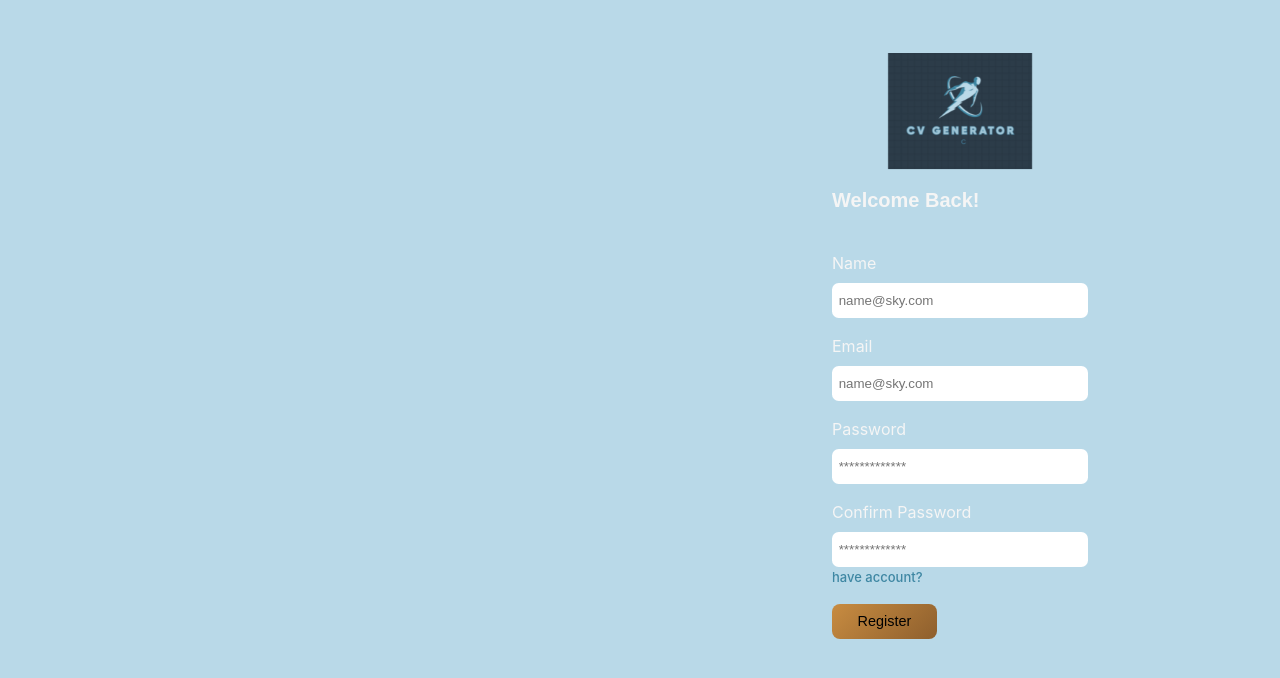
Repository: abdelrahman-2513/cv-generator
Page: /register
An editor plug-in stored every save of this project. The page is shown before and after the next save, followed by the edit.
The browser window is 1280 px wide. The pictures show the whole page.
The project was rebuilt for these pictures with package versions that can differ from the ones it lists, and the page was loaded fresh each time. Also part of the build but not shown: vite.config.js, src/Pages/Login/Login.jsx, src/Pages/Home/Home.jsx, src/Components/Header/Header.jsx.

Above is the page before, as saved 2024-11-01 15:41:44.

After the next save:
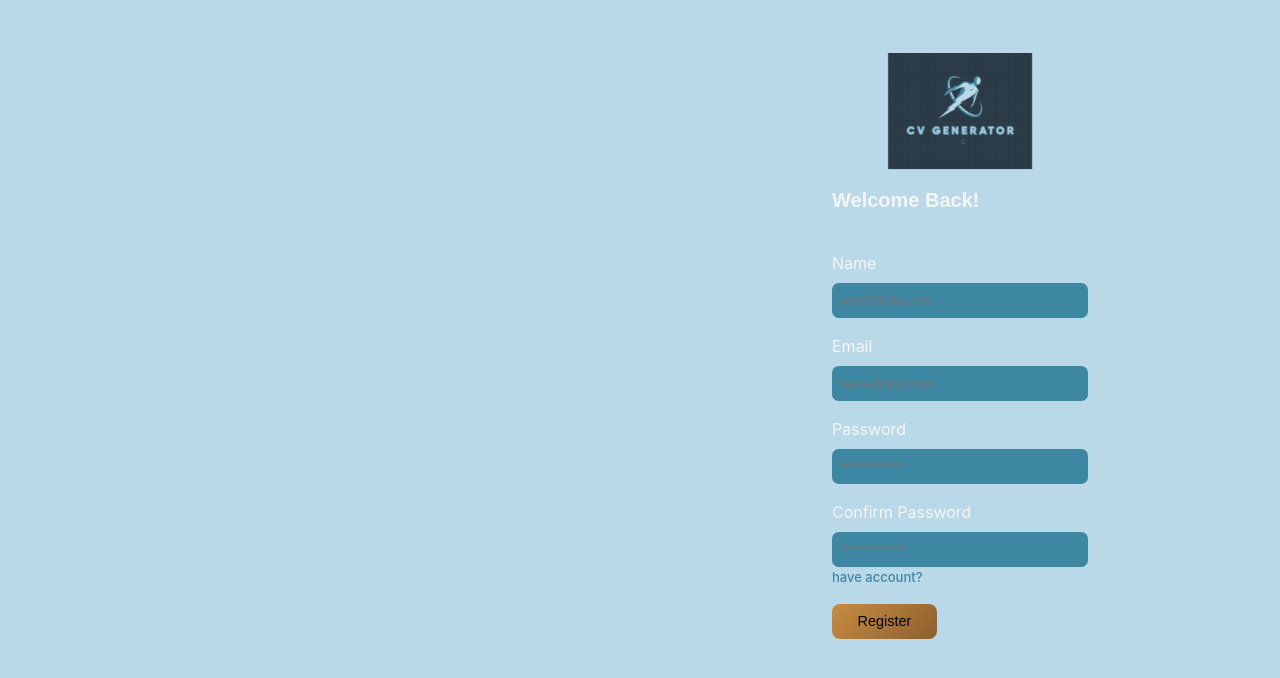
Saved 2 min 38 s later.
--- a/src/Pages/Login/Login.css
+++ b/src/Pages/Login/Login.css
@@ -12,7 +12,7 @@
   display: flex;
   width: 100%;
   height: 100vh;
-  background-color: var(--color-primary);
+  background-color: var(--primary-color);
 }
 
 .login-form {
@@ -39,7 +39,8 @@
 }
 
 input {
-  color: var(--color-primary);
+  color: var(--primary-color);
+  background-color: var(--color-soft);
   padding: 0.75em 0.5em;
   border-radius: 0.5em;
   border: 0px;
@@ -69,7 +70,11 @@
 }
 
 .login-btn {
-  background: linear-gradient(135deg, #c88c41 0%, #8e5f2d 100%);
+  background: linear-gradient(
+    135deg,
+    var(--color-soft) 0%,
+    var(--primary-color) 100%
+  );
   outline: none;
   transition: ease-in-out;
   border: 0px;
@@ -78,7 +83,11 @@
 .login-btn:hover {
   opacity: 1;
   border: 0;
-  background: linear-gradient(135deg, #8e5f2d 0%, #c88c41 100%) !important;
+  background: linear-gradient(
+    135deg,
+    var(--primary-color) 0%,
+    var(--color-soft) 100%
+  ) !important;
 }
 
 .login-form h3 {
